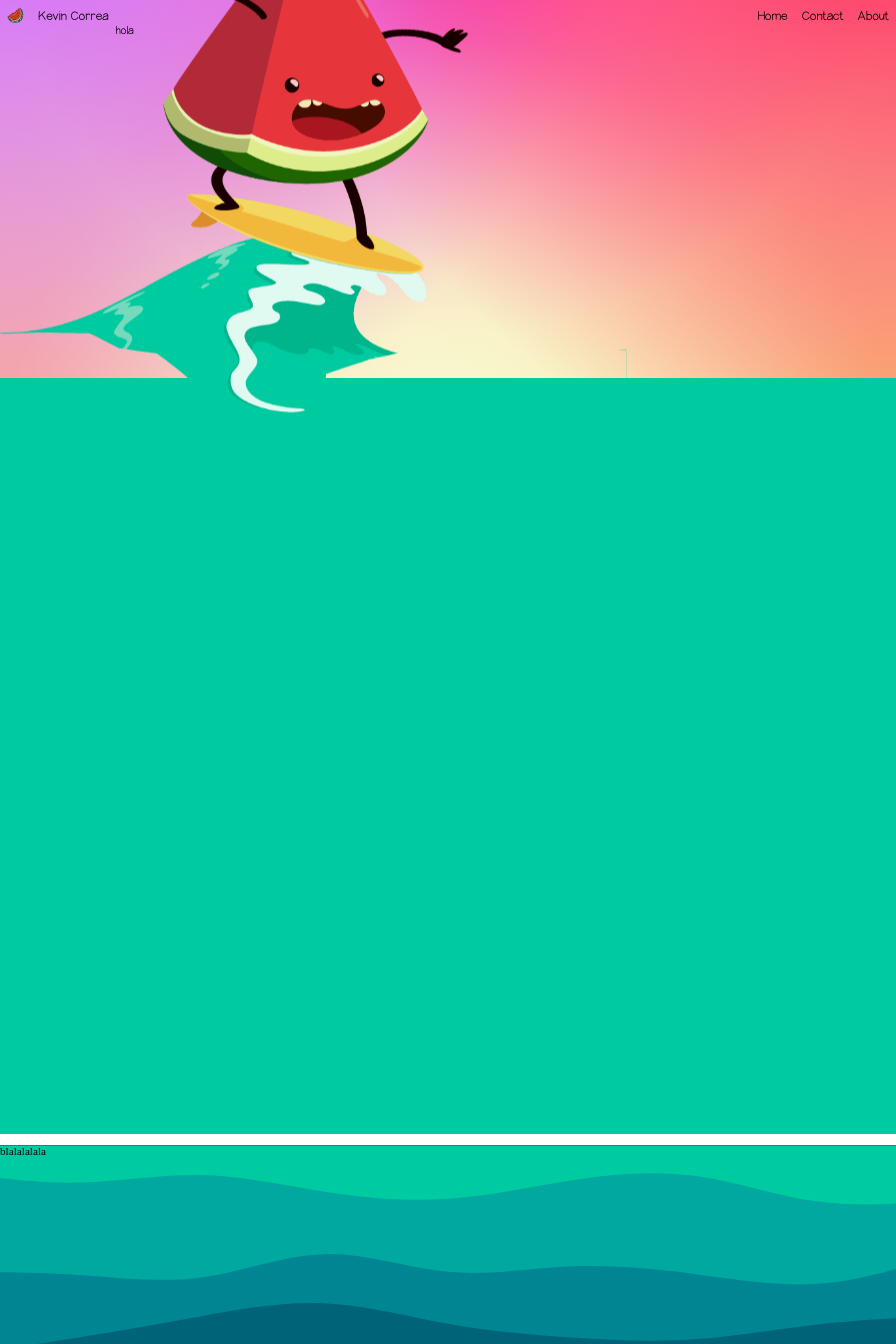
Repository: xKokev/Kevin-Correa-portfolio
Page: index.html
An editor plug-in stored every save of this project. The page is shown before and after the next save, followed by the edit.
The browser window is 1280 px wide. The pictures show the part of the page from y = 0 to 1920 px (the page is 3508 px tall), at 70% of full size.

Above is the page before, as saved 2021-07-07 19:03:05.

### index.html
<!DOCTYPE html>
<html lang="en">
  <head>
    <meta charset="UTF-8" />
    <meta http-equiv="X-UA-Compatible" content="IE=edge" />
    <meta
      name="viewport"
      content="width=device-width, initial-scale=1.0, user-scalable=no"
    />

    <title>Portfolio Kevin Correa</title>
    <link rel="stylesheet" href="./css/main.css" />
  </head>
  <body>
    <div class="header">
      <a href="index.html" rel="noopener noreferrer"
        ><img class="iconos" src="./img/watermelon.png" alt="watermelon"
      /></a>
      <a href="#default" class="horse-font">Kevin Correa </a>
      <div class="header-right">
        <a class="horse-font hover-header" href="#home">Home</a>
        <a class="horse-font hover-header" href="#contact">Contact</a>
        <a class="horse-font hover-header" href="#about">About</a>
      </div>
    </div>

    <section class="parralax" id="seccion1">
      <div class="texto1 horse-font">
        <br />
        <p>hola</p>
      </div>
    </section>
    <section class="parralax" id="seccion2"><div id="anim"></div></section>
    <section class="parralax" id="seccion3"><p>blalalalala</p></section>
    <section class="parralax" id="seccion4"></section>
    <div id="anim"></div>
    <!--Scrip lottie loop-->
    <script src="./js/lottie.min.js" type="text/javascript"></script>
    <script src="./js/main.js"></script>
  </body>
</html>

### css/main.css
html, body{
    width: 100%;
    height: 100%;
    margin: 0;
    padding: 0;

}


.parralax{
    background: #000715  no-repeat 50% 50%;
    background-size: cover;

}
#seccion1{ background-image: url('../img/1gradient.svg');
width: 100%;
height: 75%;

}

#seccion2{
    background-color: #00CAA0;
    width: 100%;
    height: 150%;
    position: relative;
}
 #seccion3 {
        background-image: url('../img/1fondo.svg');
        width: 100%;
        height: 110%;

  }

#seccion4{
    background-image: url('../img/2fondo.svg');
    width: 100%;
    height: 150%;
  }

  .overx{
    overflow-x: hidden !important;
 }
 #anim {
   max-width: 95%;
   max-height: 95%;
   right: 30%;
   display: flex;
   justify-content: center;
   bottom: 95%;
   position: absolute;
  }

  @font-face {
    font-family: 'horse-font';
    src: url('../font/horse.ttf');
  }
  .horse-font{
    font-family: 'horse-font';
  }

  /* Style the header with a grey background and some padding */


/* Style the header links */
.header a {
  float: left;
  color: black;
  text-align: center;
  padding: 10px;
  text-decoration: none;
  font-size: 18px;
  line-height: 25px;
  border-radius: 8px;
}



/* Change the background color on mouse-over */
.hover-header:hover {
  background-color: rgb(233, 24, 59);
  color: rgb(253, 247, 247);
  padding-top: 15px;
}

/* Float the link section to the right */
.header-right {
  float: right;
}

/* Add media queries for responsiveness - when the screen is 500px wide or less, stack the links on top of each other */
@media screen and (max-width: 500px) {
  .header a {
    float: none;
    display: block;
    text-align: left;
  }
  .header-right {
    float: none;
  }
}

.iconos{
  max-width: 24px;
  min-width: 24px;
}
@import url(https://fonts.googleapis.com/css?family=Roboto+Condensed:300|Oswald);
.wordCarousel {
  font-size: 30px;
  font-weight: 100;
  color: rgb(233, 24, 59);
  padding-left: 10%;
  padding-top: 10%;

}
.wordCarousel div {
  overflow: hidden;
  position: relative;
  float: right;
  height: 65px;
  padding-top: 10px;
  padding-right: 60%;
  margin-top: -10px;
}
.wordCarousel div li {
  color: rgb(233, 24, 59);
  font-weight: 700;
  padding: 0 10px;
  height: 45px;
  margin-bottom: 45px;
  display: block;
}

.flip2 {
  -webkit-animation: flip2 6s cubic-bezier(0.23, 1, 0.32, 1.2) infinite;
          animation: flip2 6s cubic-bezier(0.23, 1, 0.32, 1.2) infinite;
}

.flip3 {
  -webkit-animation: flip3 8s cubic-bezier(0.23, 1, 0.32, 1.2) infinite;
          animation: flip3 8s cubic-bezier(0.23, 1, 0.32, 1.2) infinite;
}

.flip4 {
  -webkit-animation: flip4 10s cubic-bezier(0.23, 1, 0.32, 1.2) infinite;
          animation: flip4 10s cubic-bezier(0.23, 1, 0.32, 1.2) infinite;
}

@-webkit-keyframes flip2 {
  0% {
    margin-top: -180px;
  }
  5% {
    margin-top: -90px;
  }
  50% {
    margin-top: -90px;
  }
  55% {
    margin-top: 0px;
  }
  99.99% {
    margin-top: 0px;
  }
  100% {
    margin-top: -270px;
  }
}

@keyframes flip2 {
  0% {
    margin-top: -180px;
  }
  5% {
    margin-top: -90px;
  }
  50% {
    margin-top: -90px;
  }
  55% {
    margin-top: 0px;
  }
  99.99% {
    margin-top: 0px;
  }
  100% {
    margin-top: -270px;
  }
}
@-webkit-keyframes flip3 {
  0% {
    margin-top: -270px;
  }
  5% {
    margin-top: -180px;
  }
  33% {
    margin-top: -180px;
  }
  38% {
    margin-top: -90px;
  }
  66% {
    margin-top: -90px;
  }
  71% {
    margin-top: 0px;
  }
  99.99% {
    margin-top: 0px;
  }
  100% {
    margin-top: -270px;
  }
}
@keyframes flip3 {
  0% {
    margin-top: -270px;
  }
  5% {
    margin-top: -180px;
  }
  33% {
    margin-top: -180px;
  }
  38% {
    margin-top: -90px;
  }
  66% {
    margin-top: -90px;
  }
  71% {
    margin-top: 0px;
  }
  99.99% {
    margin-top: 0px;
  }
  100% {
    margin-top: -270px;
  }
}
@-webkit-keyframes flip4 {
  0% {
    margin-top: -360px;
  }
  5% {
    margin-top: -270px;
  }
  25% {
    margin-top: -270px;
  }
  30% {
    margin-top: -180px;
  }
  50% {
    margin-top: -180px;
  }
  55% {
    margin-top: -90px;
  }
  75% {
    margin-top: -90px;
  }
  80% {
    margin-top: 0px;
  }
  99.99% {
    margin-top: 0px;
  }
  100% {
    margin-top: -270px;
  }
}
@keyframes flip4 {
  0% {
    margin-top: -360px;
  }
  5% {
    margin-top: -270px;
  }
  25% {
    margin-top: -270px;
  }
  30% {
    margin-top: -180px;
  }
  50% {
    margin-top: -180px;
  }
  55% {
    margin-top: -90px;
  }
  75% {
    margin-top: -90px;
  }
  80% {
    margin-top: 0px;
  }
  99.99% {
    margin-top: 0px;
  }
  100% {
    margin-top: -270px;
  }
}

/*CARDS*/


.card p{
  font-family: horse-font;
  margin:0px;
  color: black;
  font-weight: 400;
  font-size:15px;
  line-height:90%;
  padding-left: 8%;
  padding-right: 8%;
  padding-top:3%;
  padding-bottom:8%;
  border-radius:20px;
  cursor:pointer;
  transition: ease 1s;
  -webkit-transition: ease 1s;
}

.card h3{
  font-family: horse-font;
  margin:0px;
  color: black;
  font-weight: 400;
  font-size:20px;
  line-height:90%;
  padding-left: 8%;
  padding-top:8%;
  padding-bottom:3%;
  border-radius:20px;
  cursor:pointer;
  transition: ease 1s;
  -webkit-transition: ease 1s;
}

h3{
  font-family: horse-font;
  color:white;
  font-weight: 400;
  font-size:35px;
  line-height:90%;
  padding-top:5%;
  position:relative;
  text-align:center;

}

.title{
  width:78%;
  margin:auto;
  padding-left:0px;
  padding-bottom:0px;
}

.cards{
  width:80%;
  position:relative;
  margin-left:auto;
  margin-right:auto;
  padding-bottom:200px;
  display:flex;
  flex-direction: row;
  flex-wrap: wrap;

}

.card{
  width:22%;
  position:relative;
  background-color:white;
  margin:1.13%;
  border-radius:5px;
  transition: 1s;
  -webkit-transition:0.5s;
  cursor:pointer;
    flex: 1 1 auto;
}

.card:hover{
  transform: scale(1.05);
  box-shadow: 10px 10px 15px rgba(0,0,0,0.3);
}

@media screen and (max-width: 1200px){
  .card{
  width:30%;
  margin:1.6%;
  }
}

@media screen and (max-width: 800px){
  .card{
  width:45%;
  margin:2.5%;
  }
}

@media screen and (max-width: 500px){
  .card{
  width:98%;
  margin:2%;
  }
}

.card_img{
  width:100%;
  height:150px;
  position:reltive;
  border-radius: 5px 5px 0px 0px;
  background-size: cover;
  background-position:center center;
  background-color: #eb4f4f;
  transition:1s;
  -webkit-transition:1s;
  display: flex;
  justify-content: center;
  align-items: center;
}
.card1{
  background-image: url(https://encrypted-tbn2.gstatic.com/images?q=tbn:ANd9GcQvdIMVlW3Mn8TmkGmtulq2taIDoUIJvr_lt87EWhgdCY5diNhH0Q);

}
.card2{
   background-image: url(http://www.festabimbianimazione.it/media/k2/galleries/136/Colori%20Fluo%20festa%20Arezzo%207.JPG);
}
.card3{
   background-image: url(http://www.romatoday.it/~media/horizontal-hi/26065597680895/fluo-party-2-2.jpg);
}
.card4{
   background-image: url(https://encrypted-tbn2.gstatic.com/images?q=tbn:ANd9GcSiLXTcanAKRZhMo-5Ga9pzsXIgjWcSbCdz3xFhMVI1PDZSRgQgUQ);
}
.card5{
   background-image: url(https://www.gadgetsvirali.com/wp-content/uploads/2016/09/preservativo-fluo-thumbnail-1.jpg);
}
.card6{
   background-image: url(http://www.festabimbianimazione.it/media/k2/galleries/136/Colori%20Fluo%20festa%20Arezzo%207.JPG);
}

.line{
  height:2px;
  width:84%;
  margin:auto;
  background-color: rgb(233, 24, 59);
}

.title input{
  background: transparent;
  border:1px solid white;
  padding-top:10px;
  padding-bottom:10px;
  padding-left:20px;
  display:inline;
  font-family: lato;
  color: white;
  font-size:18px;
  line-height:90%;
  border-radius:30px;
  width:150px;
  float:right;
  margin-top:30px;
}

.title textarea:focus, input:focus{
    outline: none;
}

.zoomed{
  width:100%;
}

.img-kevin{
  max-width: 45%;
  max-height: 45%;
  margin-left: 20%;
  position: absolute;
}
.about-div{
  max-width: 90%;
;
}
.texto-about{

  margin-left: 50%;
  margin-top: 5%;
  color: aliceblue;

  position: relative;
}

/*FORM*/
.contact-form{
  --form-ok-color: #4caf50;
  --form-error-color: #f44336;
  margin-left: auto;
  margin-right: auto;
  width: 80%;
}
.contact-form > *{
  padding: 0.5rem;
  margin: 1rem auto;
  display: block;
  width: 100%;
}
.contact-form textarea{
  resize: none;
}

.contact-form legend ,
.contact-form-response {
  font-size: 1.5rem;
  text-align: center;
  font-family: 'horse-font';
  color: aliceblue;
}
.contact-form input,
.contact-form textarea{
  font-size: 1rem;
  font-family: horse-font;
}
.contact-form input[type="submit"] {
width: 50%;
font-weight: bold;
cursor: pointer;
}

.contact-form *::placeholder{
  color: #000715;
}

.contact-form [required]:valid {
  border: thin solid var(--form-ok-color)
}

.contact-form [required]:invalid {
  border: thin solid var(--form-error-color)
}

.contact-form-error {
  margin-top: 1rem;
  font-size: 80%;
  background-color: var(--form-error-color);
  color: rgb(245, 219, 219);
  transition: all 800ms ease;
}

.contact-form-error.is-active {
  display: block;
  animation: show-message 1s 1 normal 0s ease-out both ;
}

.none {
  display: none;
}

@keyframes show-message {
  0% {
    visibility: hidden;
    opacity: 0;
  }
100%{
  visibility: visible;
  opacity: 1;
}

}

### js/main.js
var animItem = bodymovin.loadAnimation({
  container: document.getElementById('anim'),
  renderer: 'svg',
  loop: true,
  autoplay: true,
  path: '../img/sandy.json',
});

Loaded but not shown: js/lottie.min.js (library); img/sandy.json (1 lines, source omitted)

After the next save:
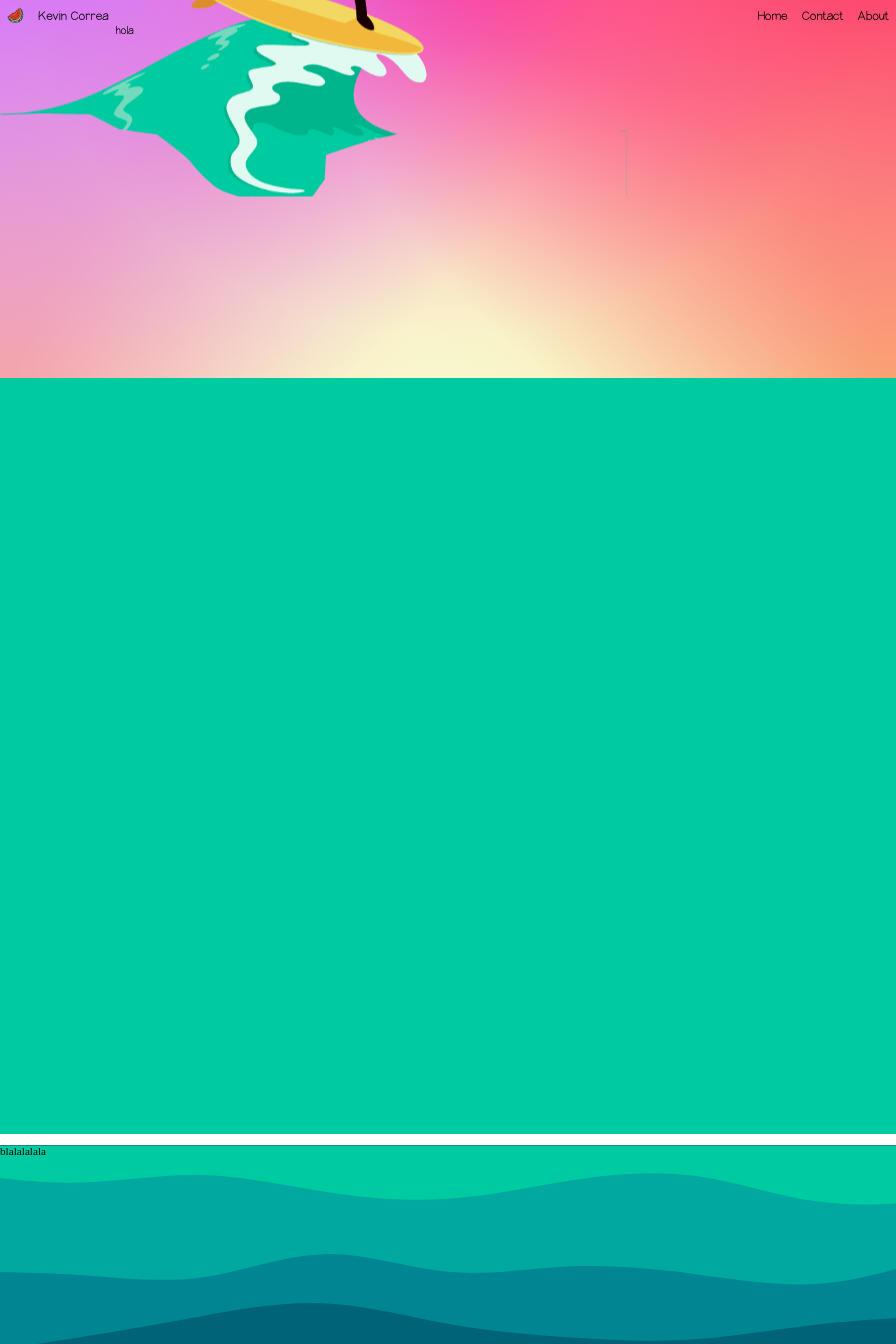
Saved 7 s later.
--- a/index.html
+++ b/index.html
@@ -30,6 +30,7 @@
         <p>hola</p>
       </div>
     </section>
+    <div id="anim"></div>
     <section class="parralax" id="seccion2"><div id="anim"></div></section>
     <section class="parralax" id="seccion3"><p>blalalalala</p></section>
     <section class="parralax" id="seccion4"></section>

After the save that followed:
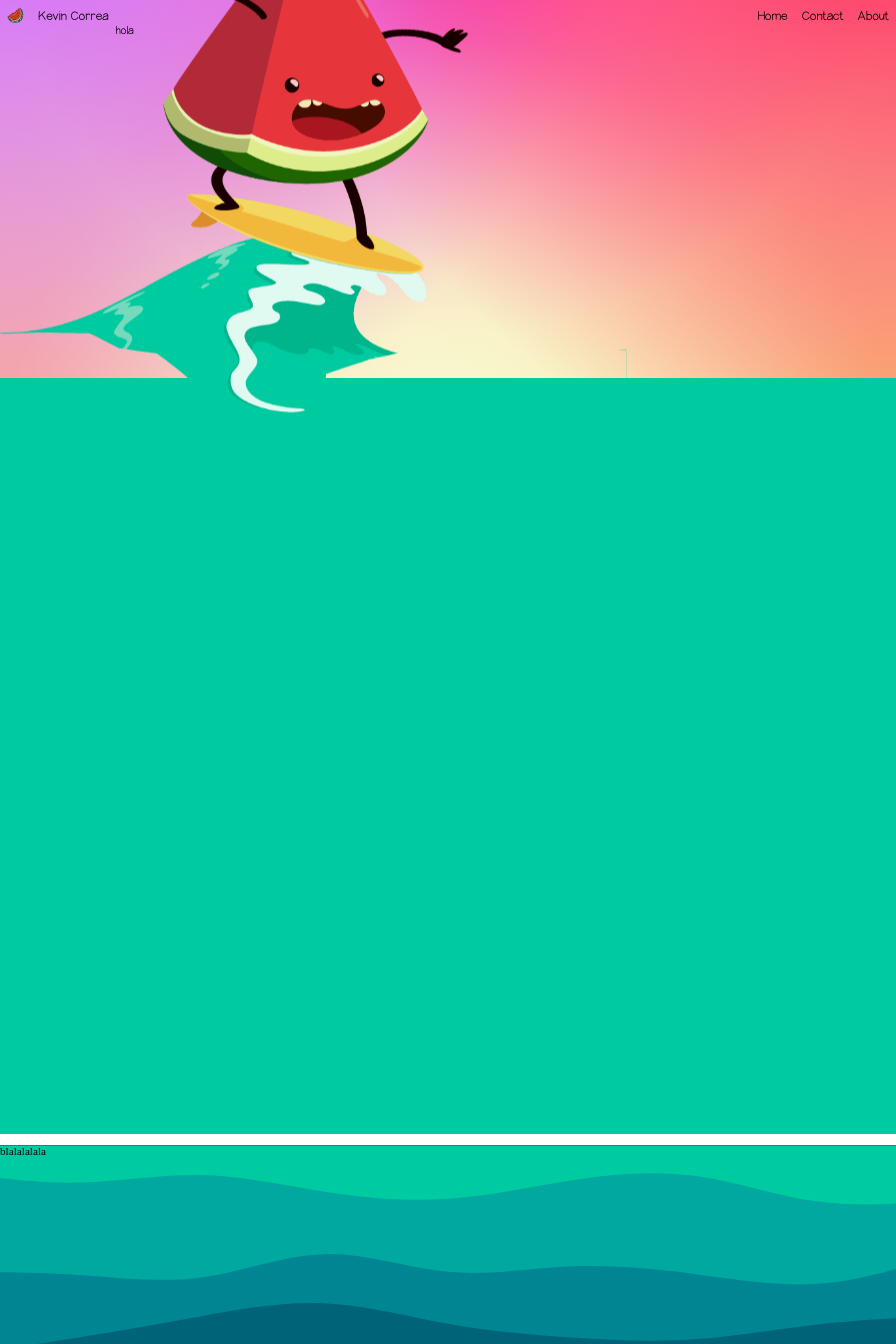
Saved 25 s later.
--- a/index.html
+++ b/index.html
@@ -30,7 +30,6 @@
         <p>hola</p>
       </div>
     </section>
-    <div id="anim"></div>
     <section class="parralax" id="seccion2"><div id="anim"></div></section>
     <section class="parralax" id="seccion3"><p>blalalalala</p></section>
     <section class="parralax" id="seccion4"></section>
